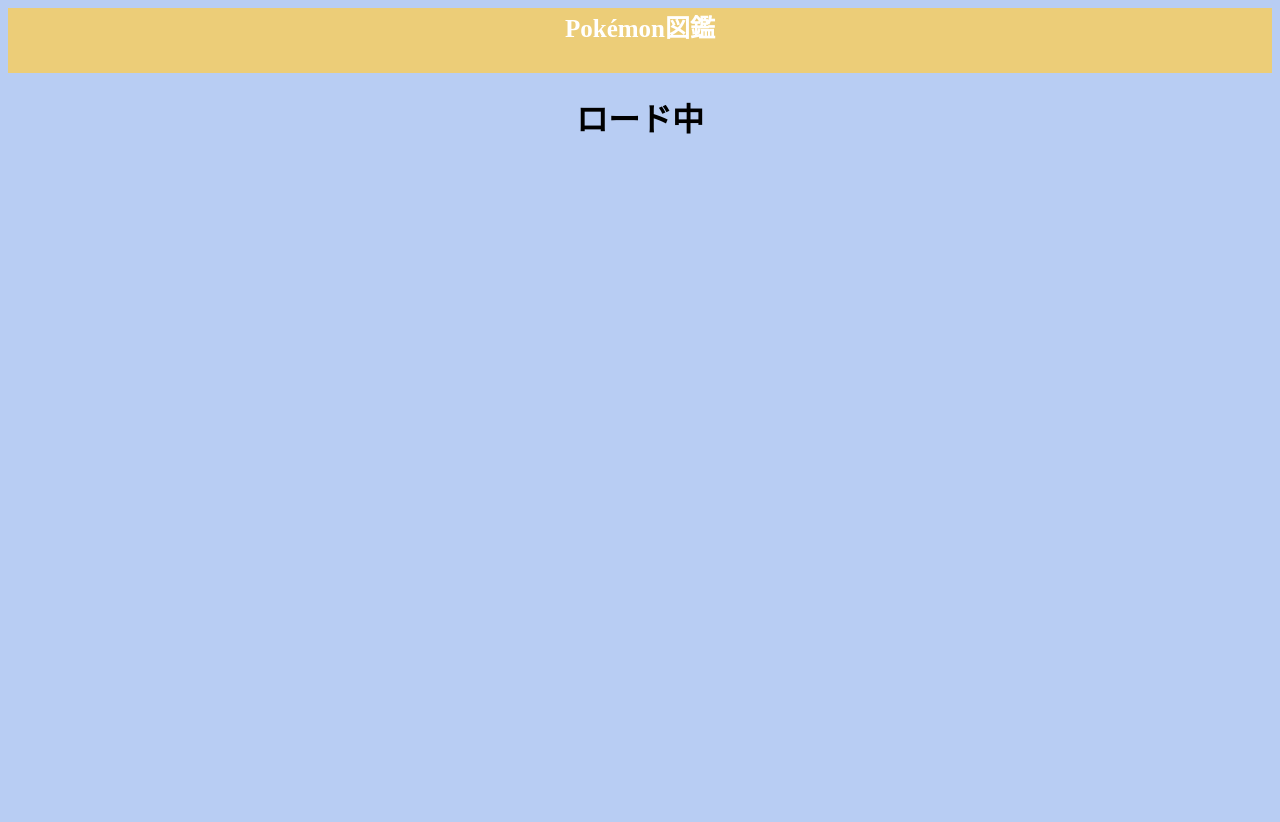
Repository: kusabi-19/pokemon
Page: /
These files come from the project's save history. The page is drawn as it stood at one moment and after the next save; the edit follows.
The browser window is 1280 px wide. The pictures show the whole page.
The page's requests for data from a server got no answer. The project was rebuilt for these pictures with package versions that can differ from the ones it lists, and the page was loaded fresh each time. No one was signed in, and anything a server would have sent is missing. Also part of the build but not shown: src/components/Card/Card.css, src/components/Card/Card.js.

Above is the page before, as saved 2025-05-12 11:10:01.

### src/index.css
body {
  background-color: #b8cdf3;
}

### src/App.js
import { useEffect, useState } from 'react';
import './App.css';
import { getAllPokemon , getPokemon} from './utils/Pokemon';
import Card from './components/Card/Card';
import Navbar from './components/Navbar/Navbar';
function App() {
  const initialURL ="https://pokeapi.co/api/v2/pokemon";
  const [loading, setLoading] = useState(true);
  const [pokemonData , setPokemonData] = useState([]);
  useEffect(() => {
    const fetchPokemonData = async () => {
      //すべてのPokémon
      let res = await getAllPokemon(initialURL);
      //各ポケモンの詳細なデータを取得
      loadPokemon(res.results)
      // console.log(res.results)
      setLoading(false);
    };

    fetchPokemonData();
  },[])

  const loadPokemon = async (data) =>{ //asyncを書かないと　setPokemonData() に「未解決のPromise」を渡すことになる
    let _pokemonData = await Promise.all( //配列の中身すべての取得が終わるまで待つ
      data.map((pokemon) =>{
        let pokemonRecord = getPokemon(pokemon.url)
        return pokemonRecord;
      })
    );
    setPokemonData(_pokemonData);
  };

  console.log(pokemonData)
  return (
    <>
      <Navbar />
      <div className="App">
        {loading ? (
          <h1>ロード中</h1>
        ):(
          <>
            <div className='pokemonCardContainer'>
              {pokemonData.map((pokemon , i) => {
                return <Card key={i} pokemon={pokemon} />
              })}
            </div>
          </>
        )
      }
      </div>
    </>

  );
}

export default App;

### src/App.css
.App{
  text-align: center;
  width: 100%;
  height: 100vh;
}

.pokemonCardContainer{
  display: grid;
  grid-template-columns: 1fr 1fr 1fr;
  place-items: center;
  gap: 20px;
  margin-top: 20px;
}

### src/utils/Pokemon.js
export const getAllPokemon = (url) =>{
  return new Promise((resolve , reject) => {
    fetch(url)//APIのエンドポイントにHTTPリクエストを送信
      .then((res) => res.json())// 返ってきたレスポンスを JSON 形式に変換
      .then((data) => resolve(data));
  });
}

export const getPokemon = (url) =>{
  return new Promise ((resolve , reject) => {
    fetch(url)
      .then((res) => res.json())
      .then((data) => {
        resolve(data)
      });
  });
}

### src/components/Navbar/Navbar.js
import React from 'react'
import './Navbar.css'

const Navbar = () => {
  return (
    <nav>Pokémon図鑑</nav>
  )
}

export default Navbar

### src/components/Navbar/Navbar.css
nav{
  background-color: #eccd78;
  color: #ffffff;
  height: 65px;
  font-weight: 600;
  font-size: 25px;
  text-align: center;
}

Loaded but not shown: public/index.html (common file); src/index.js (common file)

After the next save:
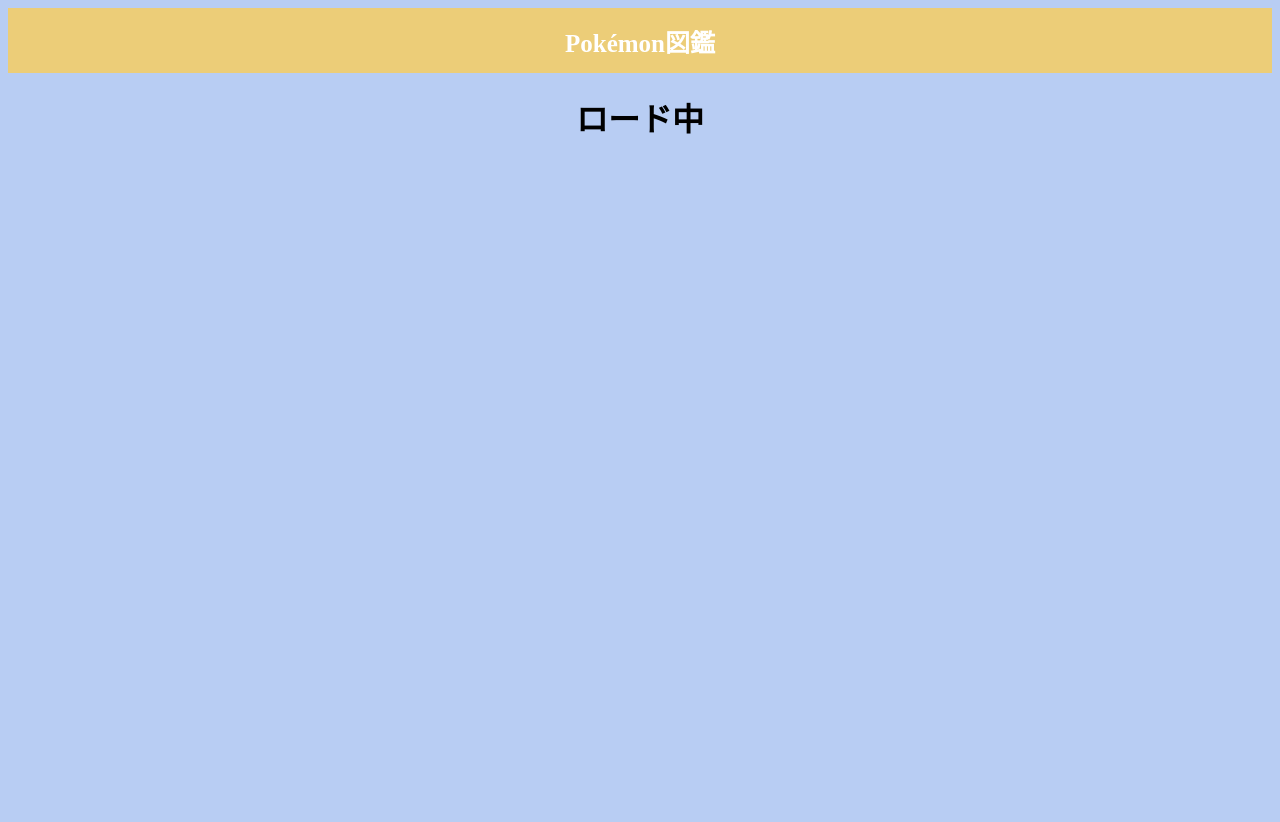
Saved 20 s later.
--- a/src/components/Navbar/Navbar.css
+++ b/src/components/Navbar/Navbar.css
@@ -4,5 +4,7 @@
   height: 65px;
   font-weight: 600;
   font-size: 25px;
-  text-align: center;
+  display: flex;
+  justify-content: center;
+  align-items: center;
 }
